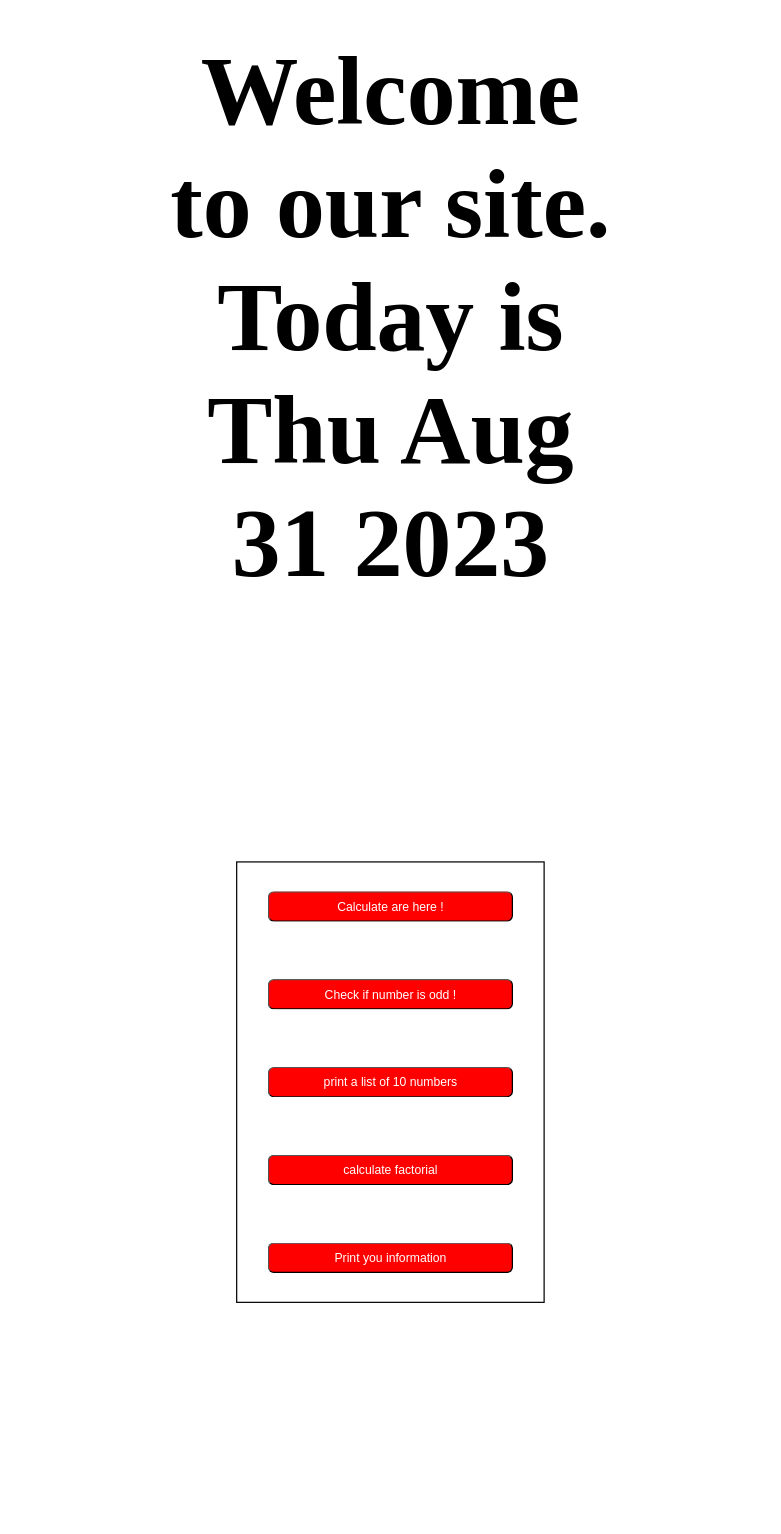
Repository: EMERIC237/codeFi-js
Page: week3/index.html
These files come from the project's save history. The page is drawn as it stood at one moment and after a run of saves; the edit follows.
The browser window is 1280 px wide. The pictures show the whole page, at 61% of full size.

Above is the page before, as saved 2023-08-31 20:23:29.

After the next 2 saves:
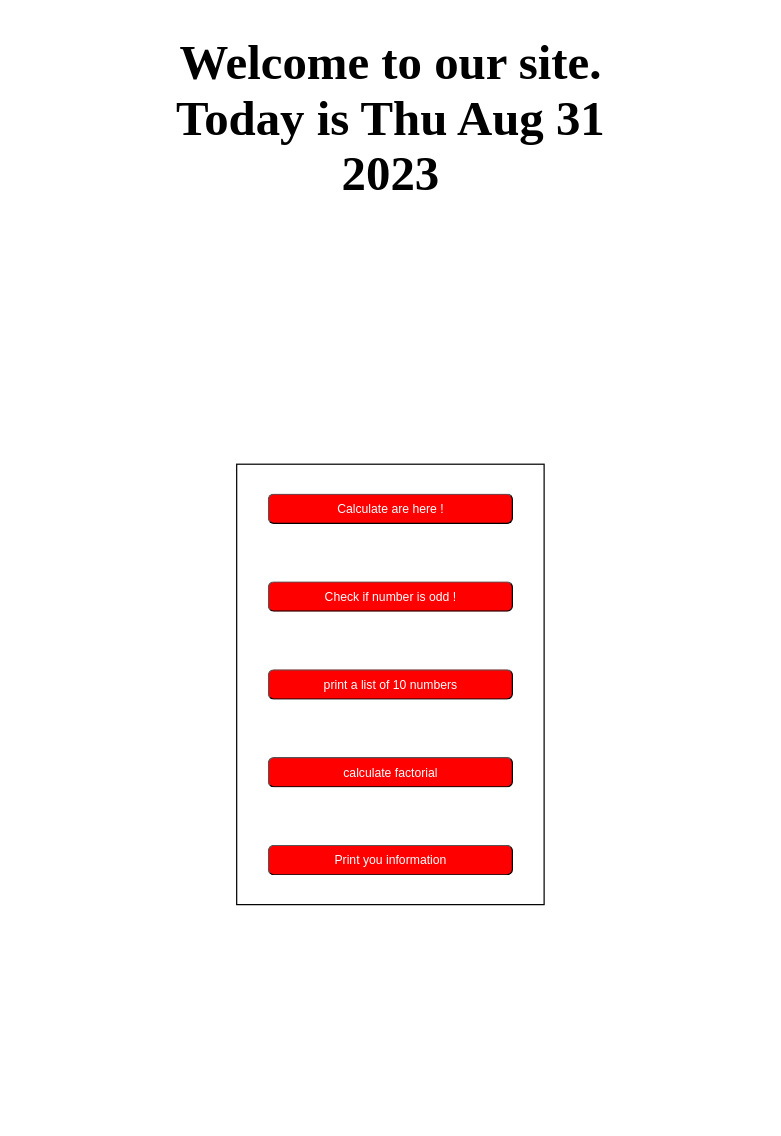
The 2 saves are shown as one change because they came seconds apart.
The last was saved 6 s later.
--- a/week3/index.html
+++ b/week3/index.html
@@ -8,7 +8,7 @@
       h1 {
         display: flex;
         text-align: center;
-        font-size: 10em;
+        font-size: 5em;
         margin: auto;
         padding: 50px;
         width: 60%;
